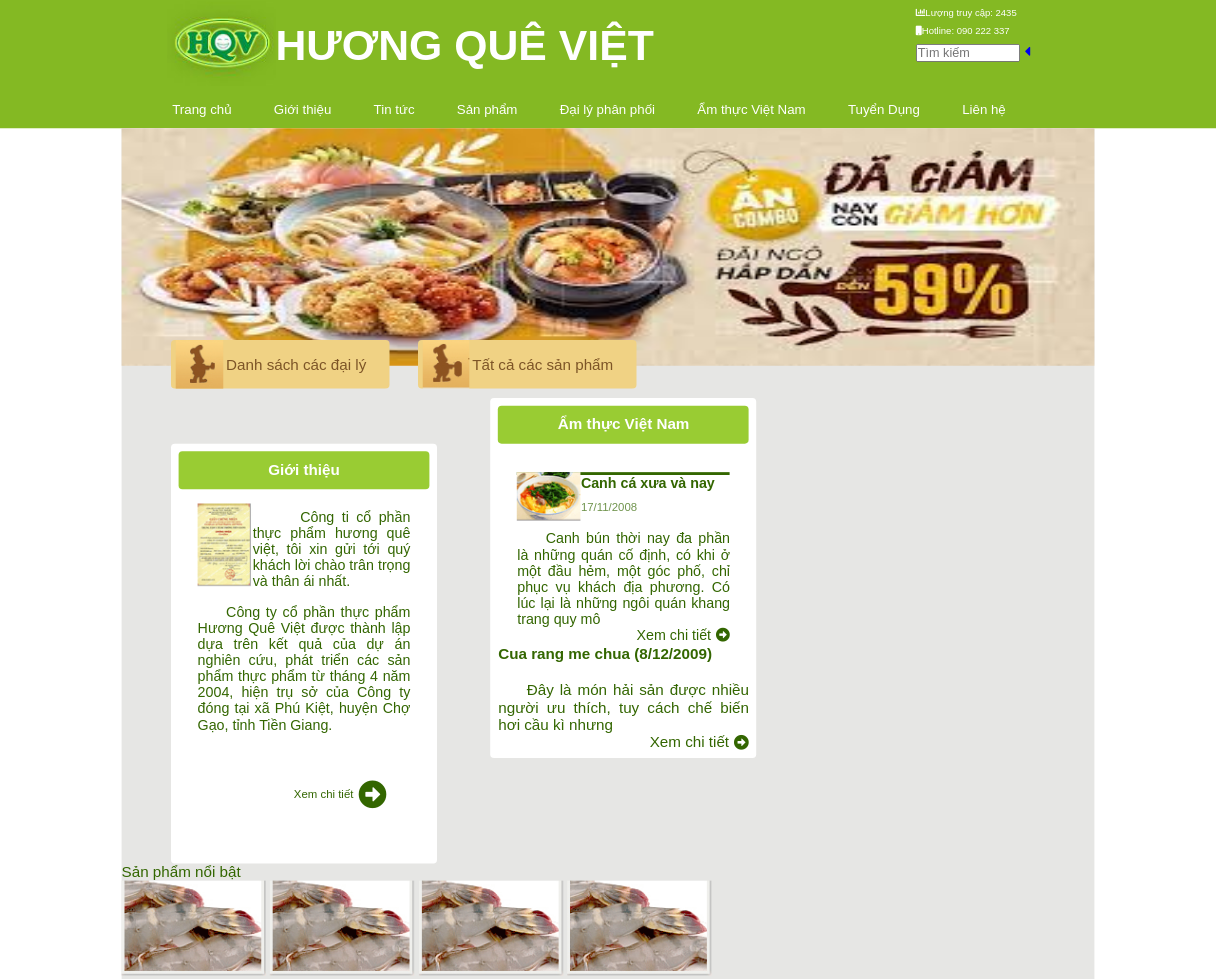
Repository: NgocTruong0701/Self_Learning
Page: html/practice/Baitapweb/index.html
An editor plug-in stored every save of this project. The page is shown before and after a run of saves, followed by the edit.
The browser window is 1280 px wide. The pictures show the whole page, at 95% of full size.

Above is the page before, as saved 2021-10-06 21:50:47.

After the next 2 saves:
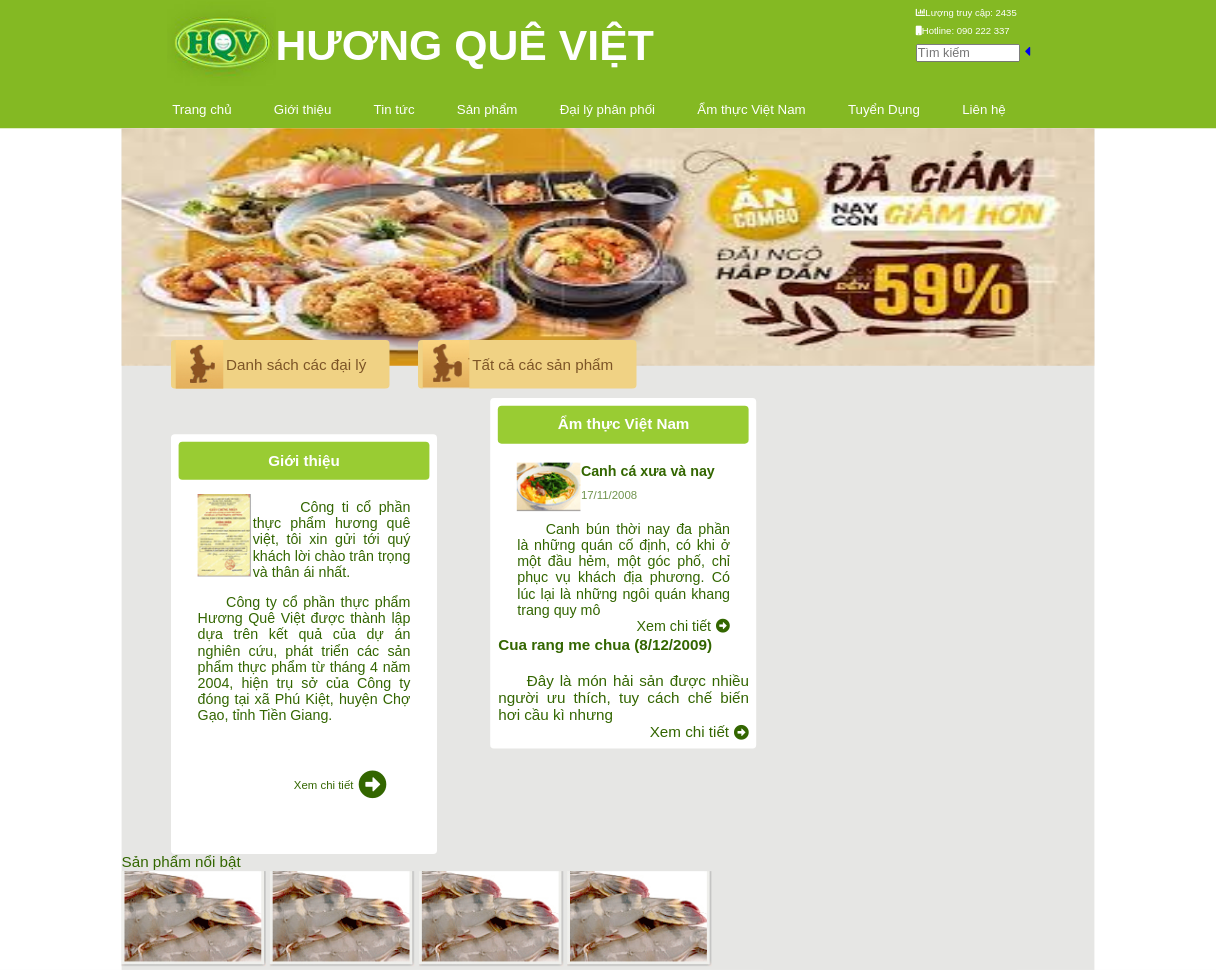
The 2 saves are shown as one change because they came seconds apart.
The last was saved 16 s later.
--- a/html/practice/Baitapweb/assets/css/styles.css
+++ b/html/practice/Baitapweb/assets/css/styles.css
@@ -238,7 +238,7 @@ header .box-right{
     margin-right: 5px;
 }
 
-.reviewer .heading-up{
+heading-up{
     font-size:15px;
     border-top: solid;
     margin-top: 30px;
